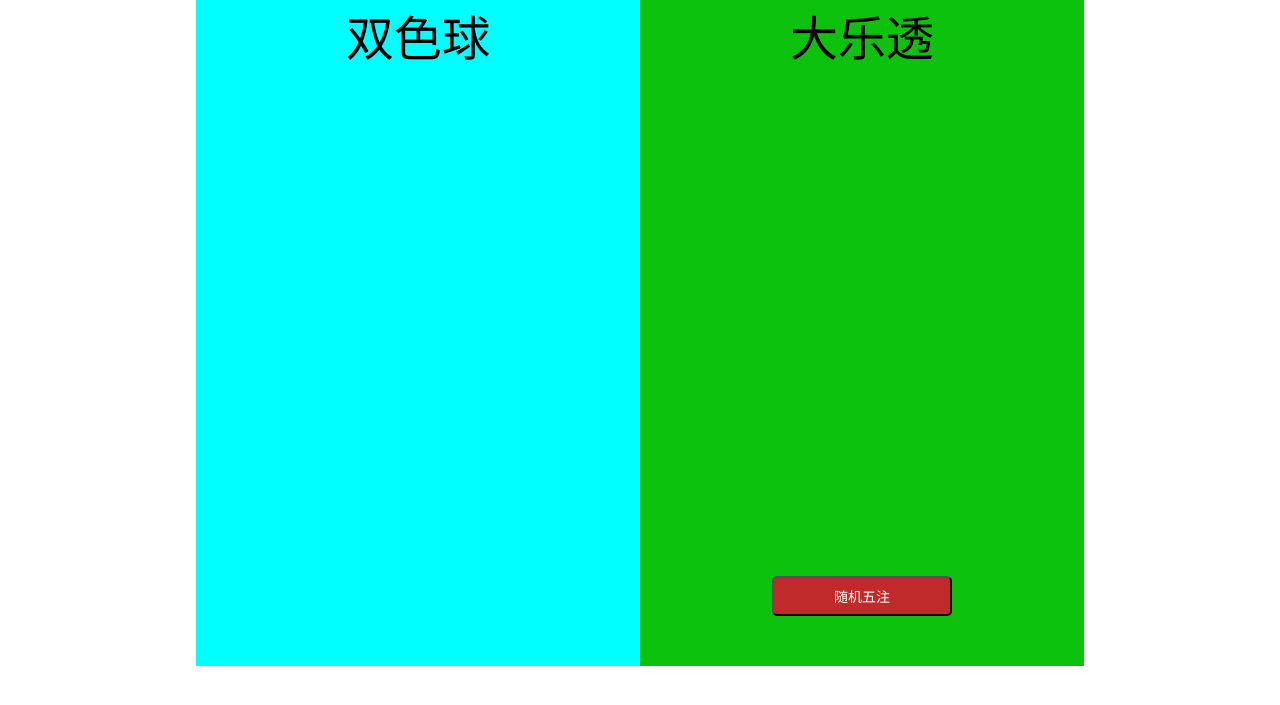
Repository: yz1181214391/caipiao-demo
Page: Cp.html
An editor plug-in stored every save of this project. The page is shown before and after the next save, followed by the edit.
The browser window is 1280 px wide. The pictures show the whole page.

Above is the page before, as saved 2020-12-14 10:55:37.

### Cp.html
<!DOCTYPE html>
<html lang="en">
<head>
    <meta charset="UTF-8">
    <meta name="viewport" content="width=device-width, initial-scale=1.0">
    <title>彩票</title>
</head>
<style type="text/css">
    html,body {margin: 0;padding: 0;height: 100%;width: 100%;}
    a {text-decoration: none;}
    body,div,dl,dt,dd,ul,ol,li,h1,h2,h3,h4,h5,h6,pre,form,fieldset,input,textarea,p,blockquote,th,td {margin: 0;padding: 0;}
    table {border-collapse: collapse;border-spacing: 0;}
    fieldset,img {border: 0;}
    address,caption,cite,code,dfn,em,strong,th,var {font-style: normal;font-weight: normal;}
    ol,ul {list-style: none;}
    caption,th {text-align: left;}
    h1,h2,h3,h4,h5,h6 {font-size: 100%;font-weight: normal;}
    q:before,q:after {content: '';}
    abbr,acronym {border: 0;}
    body{
        font-family: "Chinese Quote", -apple-system, BlinkMacSystemFont, "Segoe UI", "PingFang SC", "Hiragino Sans GB", "Microsoft YaHei", "Helvetica Neue", Helvetica, Arial, sans-serif, "Apple Color Emoji", "Segoe UI Emoji", "Segoe UI Symbol";
    }

    .box{
        margin: 0 auto;
        width: 888px;
        height: 666px;
        display: flex;
        flex-direction: row;
    }
    .cp-flex{
        display: flex;
        flex-direction: column;
        align-items: center;
    }
    .cp-font{
        font-size: 48px;
        font-family: "Times New Roman", Times, serif;
    }
    .ssq-box{
        width: 100%;
        background-color: aqua;
    }
    .dlt-box{
        width: 100%;
        background-color: rgb(13, 194, 13);
    }

    .content {
        height: 66%;
        padding-top: 66px;
        text-align: center;
    }
    .context {
        margin: 20px 0;
    }
    .context span {
        display: inline-block;
        width: 30px;
        height: 30px;
        line-height: 30px;
        font-size: 14px;
        border-radius: 50%;
        color: #fff;
        background: rgba(192, 42, 42, 1);
        margin-right: 15px;
    }
    .context span:nth-child(5) {
        margin-right: 30px;
    }
    .context span:nth-child(7) {
        margin-right: 0;
    }
    .context span:nth-child(6),.context span:nth-child(7) {
        background: rgba(47, 40, 153, 1);
    }
    .button {
        width: 100%;
    }
    .button input {
        width: 180px;
        height: 40px;
        line-height: 40px;
        display: block;
        margin: 0 auto;
        background: rgba(192, 42, 42, 1);
        color: #fff;
        font: normal 400 14px '微软雅黑';
        border-radius: 5px;
        outline: none;
    }
</style>
<body>
    <div class="box">
        <div class="ssq-box cp-flex">
            <h1 class="cp-font">双色球</h1>
        </div>
        <div class="dlt-box cp-flex">
            <h3 class="cp-font">大乐透</h3>
            <div class="content"></div>
            <div class="button">
                <input type="button" value="随机五注" onclick="fiveNumStr()">
            </div>
        </div>
    </div>
</body>
<script>
    // 定义 randomNumber方法, 随机输出数组
    function randomNumber(num) {
      // 定义 strArr方法, 生成数组
      function strArr(num) {
          var numberAarry = []
          for (var i = 0; i < num; i++) {
              numberAarry[i] = i + 1
          }
          return numberAarry
      }
      // 获得数组
      var numberAarry = strArr(num)
      // 将数组元素随机排序
      numberAarry.sort(function () {
          return 0.5 - Math.random()
      })
      // 小于10，前面加0
      for (var i = 0; i < numberAarry.length; i++) {
          if (numberAarry[i] < 10) {
              numberAarry[i] = '0' + numberAarry[i]
          } else {
              numberAarry[i] = String(numberAarry[i])
          }
      }
      return numberAarry
  }

    // 用 fiveIsClick 限制用户频繁点击按钮
    var fiveIsClick = true
  function fiveNumStr() {
      if (fiveIsClick) {
          // 设为false, 不可再次点击
          fiveIsClick = false
          var content = document.getElementsByClassName('content')[0]
          var innerText = content.getElementsByClassName('context')
          var ulNode = content.getElementsByTagName('ul')[0]
          // 先删除已创建的ul及其字节点, 再新增
          // 为什么要删除再添加节点呢, 是因为不增删节点只改变数字虽然渲染更快, 但是区别太小, 失去了动态效果
          // 当然, 如果你不需要删除再添加节点也行, 以下代码稍改动一下就好了
          if (ulNode) {
              content.removeChild(ulNode)
          }
          var ul = document.createElement('ul')
          // 用ul节点长度判断是否存在ul
          var ulLength = content.getElementsByTagName('ul').length
          var index = 0
          // 计时器，每隔0.5秒新增一组
          var interval = setInterval(function() {
              index ++
              if (ulLength < 1) {
                  var li = document.createElement('li')
                  li.setAttribute('class','context')
                  ul.appendChild(li)
                  content.appendChild(ul)
                  // 遍历li节点
                  var context = document.getElementsByClassName('context')[index - 1]
                  // 得到顺序被打乱的前区35个数字数组
                  var randomLeft = randomNumber(35)
                  // 大乐透前区数组
                  var leftNum = [randomLeft[0], randomLeft[1], randomLeft[2], randomLeft[3], randomLeft[4]]
                  // 从小到大排序
                  leftNum.sort(function (a, b) {
                      return a - b
                  })
                  // 得到顺序被打乱的后区12个数字数组
                  var randomRight = randomNumber(12)
                  // 大乐透后区数组
                  var rightNum = [randomRight[0], randomRight[1]]
                  rightNum.sort(function (a, b) {
                      return a - b // 从小到大排序
                  })
                  // 节点模版，用于给每个球添加样式
                  var spanNode = "<span>" + leftNum[0] + "</span>" + "<span>" + leftNum[1] + "</span>" + "<span>" + leftNum[2] + "</span>"
                      + "<span>" + leftNum[3] + "</span>" + "<span>" + leftNum[4] + "</span>" + "<span>" + rightNum[0] + "</span>" + "<span>" + rightNum[1] + "</span>"
                  // 节点已添加，再添加spanNode节点模版
                  context.innerHTML = spanNode
                  // li节点数量达到5个，就停止计时器
                  if (index >= 5) {
                      clearInterval(interval)
                  }
              }
          }, 500)
          // 阻止按钮重复点击，间隔3秒
          setTimeout(function() {
              fiveIsClick = true
          }, 3000)
      }
  }
</script>
</html>

After the next save:
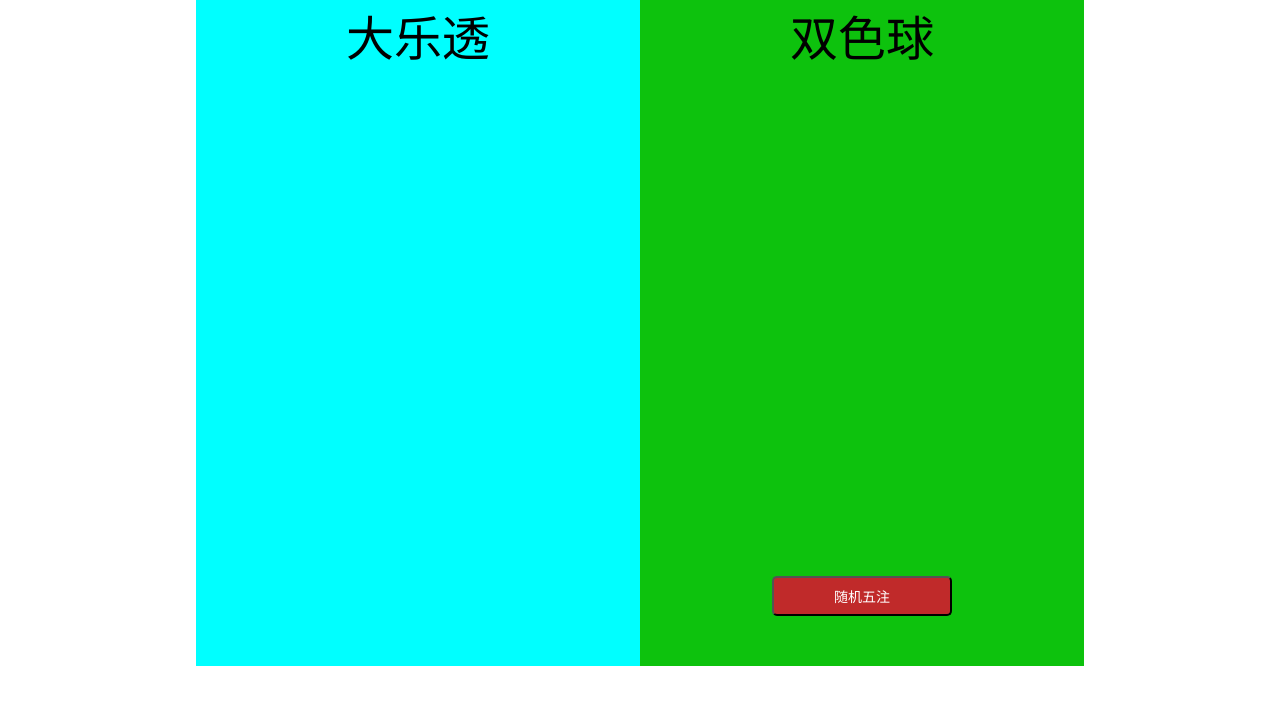
Saved 9 min 0 s later.
--- a/Cp.html
+++ b/Cp.html
@@ -93,10 +93,10 @@
 <body>
     <div class="box">
         <div class="ssq-box cp-flex">
-            <h1 class="cp-font">双色球</h1>
+            <h1 class="cp-font">大乐透</h1>
         </div>
         <div class="dlt-box cp-flex">
-            <h3 class="cp-font">大乐透</h3>
+            <h3 class="cp-font">双色球</h3>
             <div class="content"></div>
             <div class="button">
                 <input type="button" value="随机五注" onclick="fiveNumStr()">

After the save that followed:
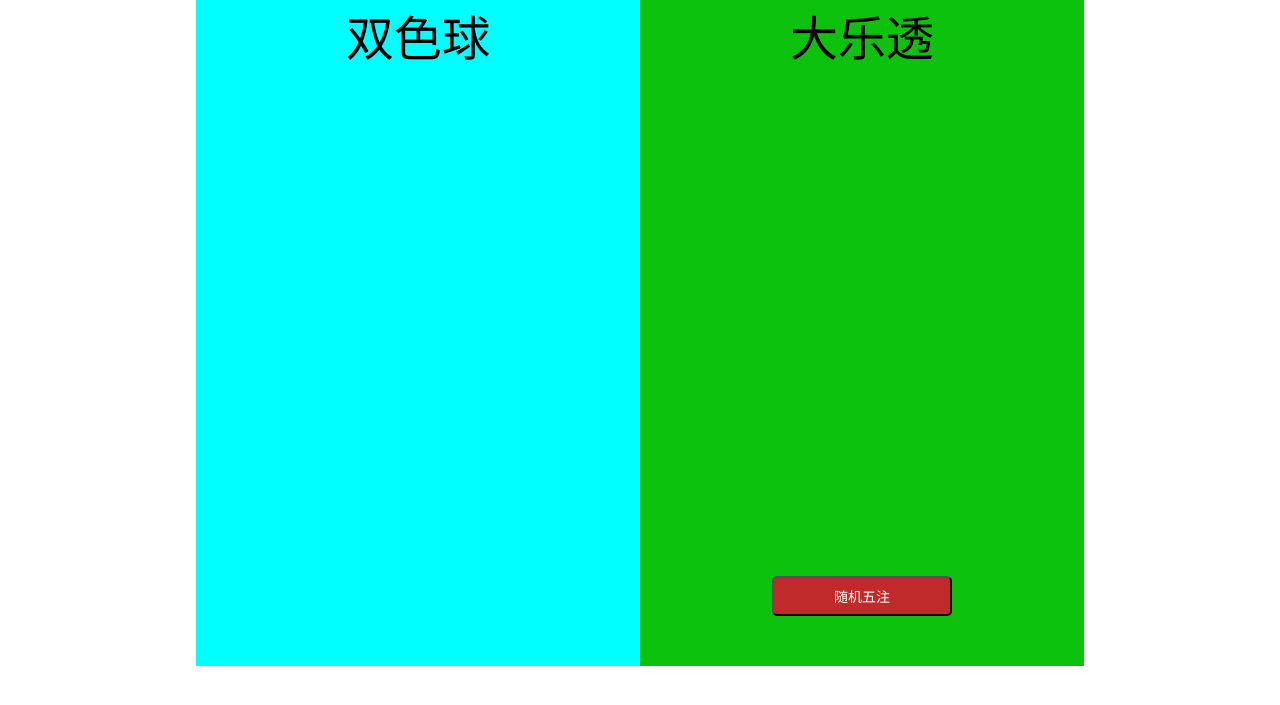
Saved 68 s later.
--- a/Cp.html
+++ b/Cp.html
@@ -93,10 +93,10 @@
 <body>
     <div class="box">
         <div class="ssq-box cp-flex">
-            <h1 class="cp-font">大乐透</h1>
+            <h1 class="cp-font">双色球</h1>
         </div>
         <div class="dlt-box cp-flex">
-            <h3 class="cp-font">双色球</h3>
+            <h3 class="cp-font">大乐透</h3>
             <div class="content"></div>
             <div class="button">
                 <input type="button" value="随机五注" onclick="fiveNumStr()">
